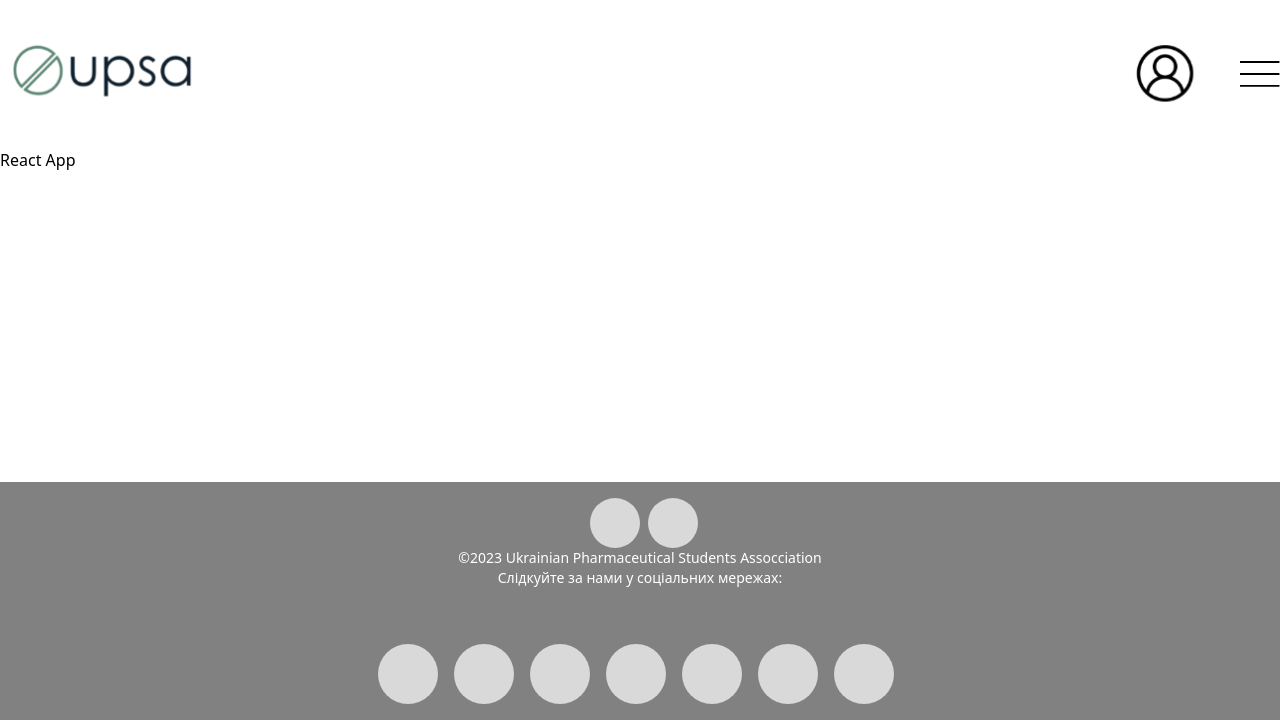
Repository: Alina-Khmilevska/UPSA-React
Page: /
An editor plug-in stored every save of this project. The page is shown before and after the next save, followed by the edit.
The browser window is 1280 px wide. The pictures show the whole page.
The project was rebuilt for these pictures with package versions that can differ from the ones it lists, and the page was loaded fresh each time. Also part of the build but not shown: src/components/header/menu/burgermenu/Menu.css.

Above is the page before, as saved 2023-09-26 16:32:42.

### src/App.js
import './App.css';
import Footer from './components/footer/Footer';
import Header from './components/header/Header';

export default function App() {
  return (
    <div className="flex flex-col min-h-screen">
      <Header />
      <main className="flex-1">
        <h1>React App</h1>
      </main>
      <Footer className="mt-auto" />
    </div>
  )
}

### src/App.css
.App {
  text-align: center;
}
.upsa-bg-grey {
  background-color: #818181;
}
.upsa-bg-button {
  background-color: #4A4948;
}

### src/components/footer/Footer.jsx
import React from "react";
import LanguageIcons from "../shared/icons/LanguageIcons";
import SocialIcons from "../shared/icons/SocialIcons";

const Footer = () => {
    return (
        <footer className="upsa-bg-grey text-white py-4">
            <div className="flex-row justify-between">
                <div className="flex flex-col justify-center items-center">
                    <LanguageIcons />

                    <p className="text-center text-sm">
                        &copy;{new Date().getFullYear()} Ukrainian Pharmaceutical Students Assocciation
                    </p>
                </div>
                <div className="flex flex-col justify-center items-center">
                    <p className="text-center text-sm">
                    Слідкуйте за нами у соціальних мережах:
                    </p>
                    <SocialIcons />
                </div>
            </div>
        </footer>
    );
};

export default Footer;

### src/components/header/Header.jsx
import React, { useState } from "react";
import Logo from "./logo/Logo";
import BurgerIcon from "./menu/burgermenu/icons/BurgerIcon";
import Account from "./menu/account/Account";
import Menu from "./menu/burgermenu/Menu";


const Header = () => {
  const [isMenuOpen, setIsMenuOpen] = useState(false);

  const handleMenuToggle = () => {
    setIsMenuOpen(!isMenuOpen);
  };

  const handleCloseMenu = () => {
    setIsMenuOpen(false);
  };
  return (
    <header className="bg-white font-inter">
      <div className="container mx-auto flex items-center justify-between">
        <Logo />
        <div className="flex items-center justify-between">
          <Account />
          <BurgerIcon onClick={handleMenuToggle} />
          <Menu isOpen={isMenuOpen} onClose={handleCloseMenu} />
        </div>
      </div>
    </header>
  );
};

export default Header;

### src/components/shared/icons/LanguageIcons.jsx
import React from "react";
import Ellipse from "../../../assets/images/icons/tmp/ellipse.svg";

const LanguageIcons = () => {
    return (
        <div className="flex flex-row">
            <div className="px-2">
                <img src={Ellipse} alt="Ellipse" width={50} height={50} />
            </div>
            <img src={Ellipse} alt="Ellipse" width={50} height={50} />
        </div>
    );
};

export default LanguageIcons;

### src/components/shared/icons/SocialIcons.jsx
import React from "react";
import Ellipse from "../../../assets/images/icons/tmp/ellipse.svg";

const SocialIcons = () => {
    return (
        <div className="flex justify-start mt-14">
            <div className="pr-2">
                <img
                    src={Ellipse}
                    alt="Ellipse"
                    width={60}
                    height={60}
                />
            </div>
            <div className="px-2">
                <img
                    src={Ellipse}
                    alt="Ellipse"
                    width={60}
                    height={60}
                />
            </div>
            <div className="px-2">
                <img
                    src={Ellipse}
                    alt="Ellipse"
                    width={60}
                    height={60}
                />
            </div>
            <div className="px-2">
                <img
                    src={Ellipse}
                    alt="Ellipse"
                    width={60}
                    height={60}
                />
            </div>
            <div className="px-2">
                <img
                    src={Ellipse}
                    alt="Ellipse"
                    width={60}
                    height={60}
                />
            </div>
            <div className="px-2">
                <img
                    src={Ellipse}
                    alt="Ellipse"
                    width={60}
                    height={60}
                />
            </div>
            <div className="px-2">
                <img
                    src={Ellipse}
                    alt="Ellipse"
                    width={60}
                    height={60}
                />
            </div>

        </div>
    );
};

export default SocialIcons;

### src/components/header/logo/Logo.jsx
// Logo.jsx
import React from "react";
import ReactLogo from "../../../assets/images/icons/logo.svg";

const Logo = () => {
  return (
    <div className="text-2xl font-bold">

      <a href="/">
        <img src={ReactLogo}
          alt="Logo" width={210} height={150} />
      </a>
    </div>
  );
};

export default Logo;

### src/components/header/menu/burgermenu/icons/BurgerIcon.jsx
// BurgerIcon.jsx
import React from "react";
import Icon from "../../../../../assets/images/icons/burgerIcon.svg";

const BurgerIcon = ({ onClick }) => {
  return (
    <div className="cursor-pointer" onClick={onClick}>
      <img
        src={Icon}
        alt="Burger Icon"
        width={40}
        height={40}
      />
    </div>
  );
};

export default BurgerIcon;

### src/components/header/menu/account/Account.jsx
// Account.jsx
import React from "react";
import Icon from "../../../../assets/images/icons/account.svg";

const Account = ({ onClick }) => {
  return (
    <div className="mr-10">
    <a className="cursor-pointer" href="#">
      <img
        src={Icon}
        alt="Account Icon"
        width={70}
        height={56}
      />
    </a>
    </div>
  );
};

export default Account;

### src/components/header/menu/burgermenu/Menu.jsx
// Menu.jsx
import React from "react";
import CloseIcon from "./icons/CloseIcon";
import SocialIcons from "../../../shared/icons/SocialIcons";
import "./Menu.css";
import LanguageIcons from "../../../shared/icons/LanguageIcons";

const Menu = ({ isOpen, onClose }) => {
    const menuStyle = {
        width: isOpen ? "50%" : "0",
        right: isOpen ? "0" : "-50%",
    };

    return (
        <div
            className="upsa-bg-grey h-full text-white fixed top-0 right-0 transition-all duration-300 ease-in-out px-20"
            style={menuStyle}
        >
            <CloseIcon onClick={onClose} />
            <ul className="mt-32 mr-4 text-4xl font-light leading-loose">
                <li>Проекти</li>
                <li>Події</li>
                <li>Стати членом асоціації</li>
                <li>EPSA -Student Science ward</li>
                <li>Контакти</li>
                <li>Support Ukraine</li>
            </ul>

            <button className="upsa-bg-button rounded-md px-12 py-1 mt-10">
                <a href="#" className="font-light">
                    Увійти як член управління
                </a>
            </button>
            <SocialIcons />


            <div className="flex flex-row justify-between mt-14">
                <a href="mailto:upsa@gmail.com" className="font-light">
                    upsa@gmail.com
                </a>
                <LanguageIcons />
            </div>
        </div>
    );
};

export default Menu;

### src/components/header/menu/burgermenu/icons/CloseIcon.jsx
import React from "react";
import Icon from "../../../../../assets/images/icons/close.svg";

const CloseIcon = ({ onClick }) => {
  return (
    <button className="absolute top-10 right-10" onClick={onClick}>
      <img
        src={Icon}
        alt="Close Icon"
        width={50}
        height={50}
      />
    </button>
  );
};

export default CloseIcon;

Loaded but not shown: public/index.html (common file); src/index.js (common file); src/index.css (common file); src/reportWebVitals.js (common file); tailwind.config.js (common file)

After the next save:
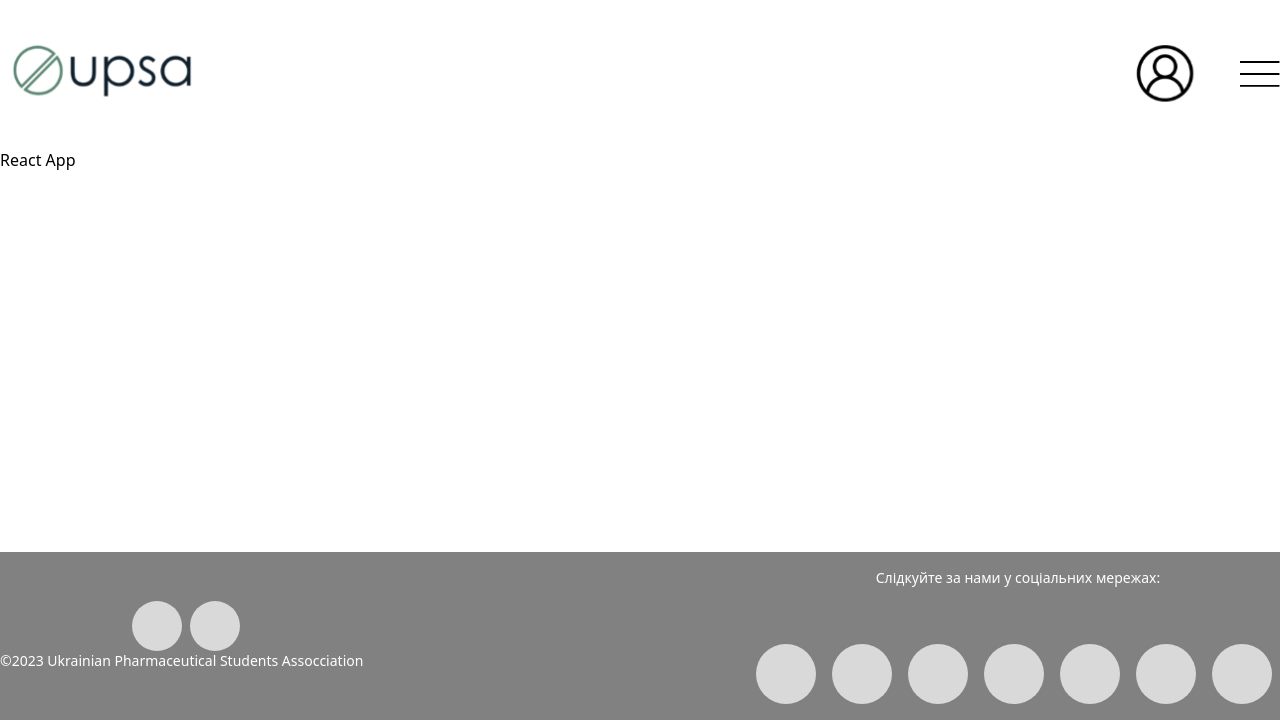
Saved 41 s later.
--- a/src/components/footer/Footer.jsx
+++ b/src/components/footer/Footer.jsx
@@ -5,7 +5,7 @@
 const Footer = () => {
     return (
         <footer className="upsa-bg-grey text-white py-4">
-            <div className="flex-row justify-between">
+            <div className="flex flex-row justify-between">
                 <div className="flex flex-col justify-center items-center">
                     <LanguageIcons />
 
